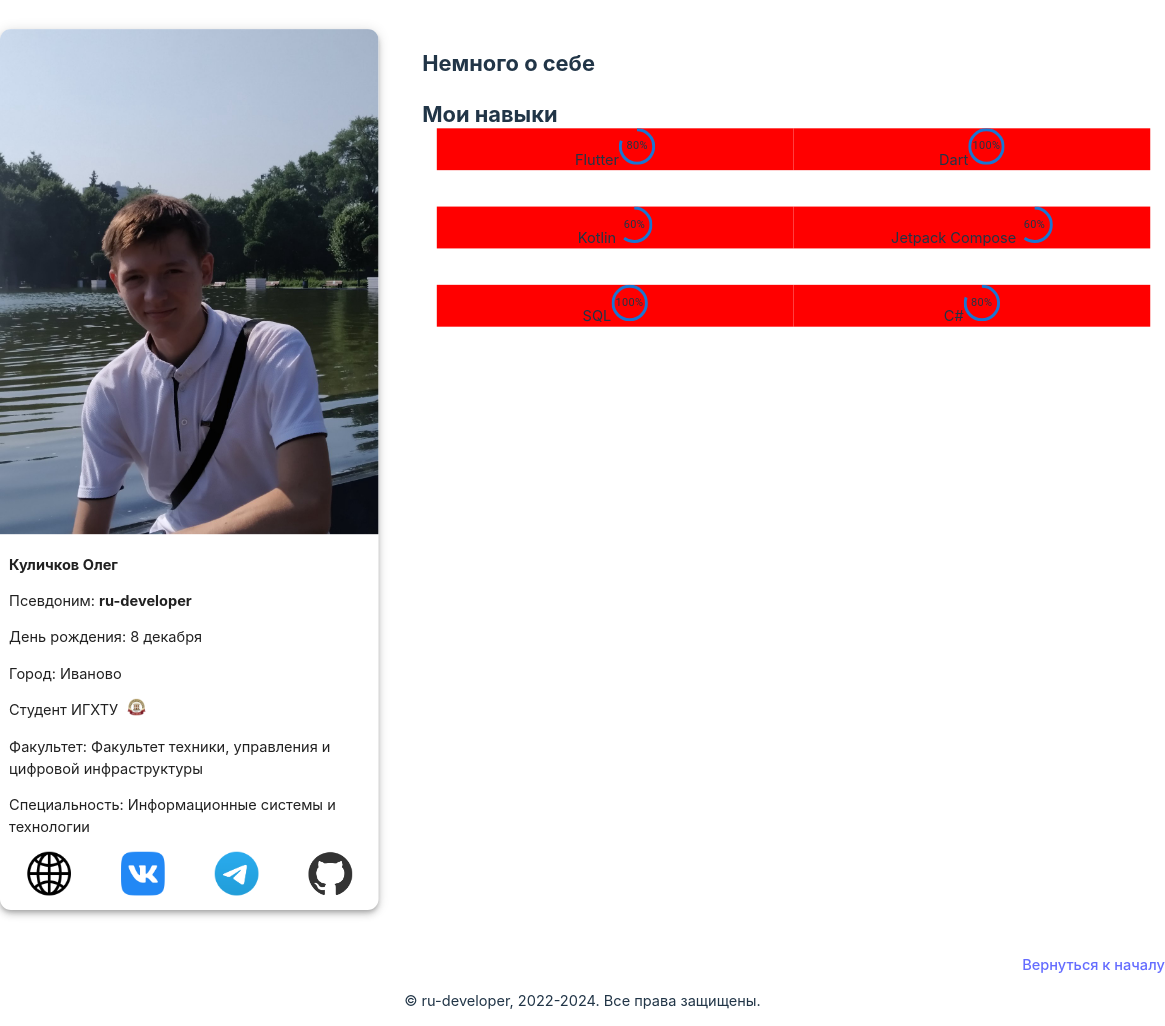
Repository: HubOl01/my_profile
Page: /
These files come from the project's save history. The page is drawn as it stood at one moment and after a run of saves; the edit follows.
The browser window is 1280 px wide. The pictures show the whole page, at 91% of full size.
The project was rebuilt for these pictures with package versions that can differ from the ones it lists, and the page was loaded fresh each time. Also part of the build but not shown: vite.config.ts, src/components/header/Header.module.scss, src/data/websites.ts.

Above is the page before, as saved 2024-03-09 10:47:23.

After the next 3 saves:
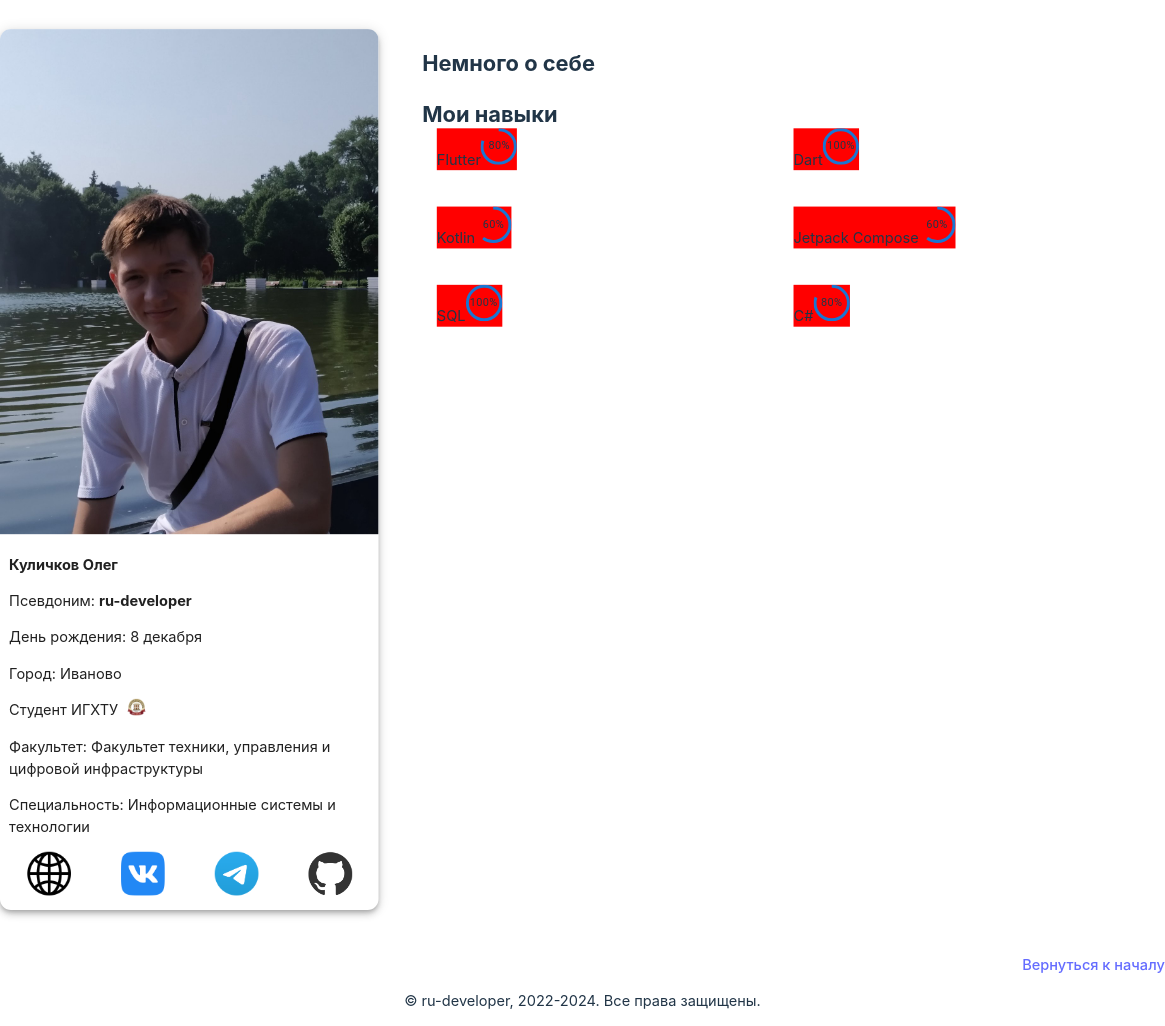
The 3 saves are shown as one change because they came seconds apart.
The last was saved 9 s later.
--- a/src/components/center/Common.tsx
+++ b/src/components/center/Common.tsx
@@ -19,7 +19,7 @@
           my_skills.map((skill) =>
             <Grid xs={6}>
               <Box sx={{
-               width: "100%",
+              //  width: "100%",
                background: "red",
                display: "inline-block",
                     "textAlign": "center",

After the save that followed:
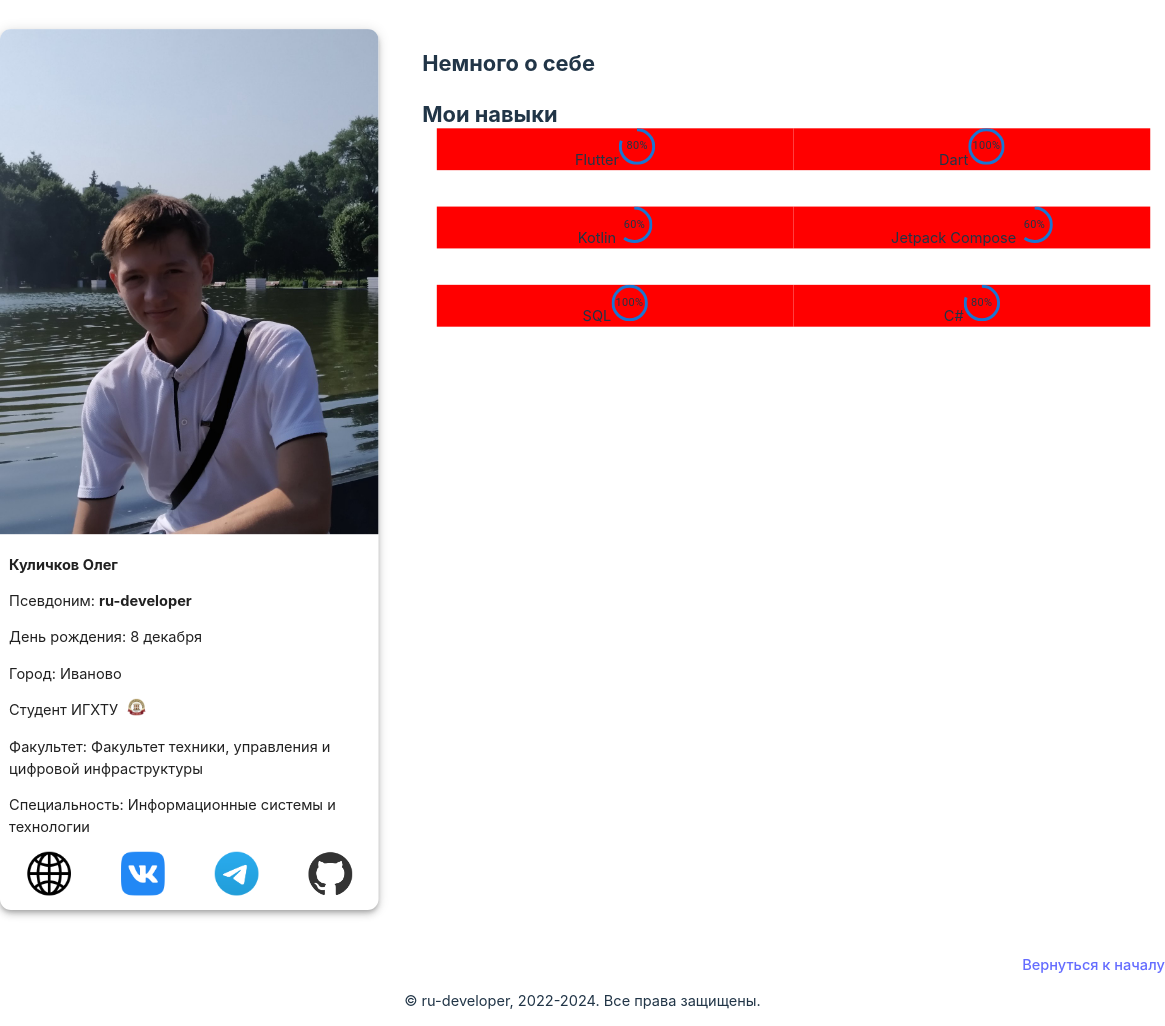
Saved 4 s later.
--- a/src/components/center/Common.tsx
+++ b/src/components/center/Common.tsx
@@ -19,7 +19,7 @@
           my_skills.map((skill) =>
             <Grid xs={6}>
               <Box sx={{
-              //  width: "100%",
+               width: "100%",
                background: "red",
                display: "inline-block",
                     "textAlign": "center",
